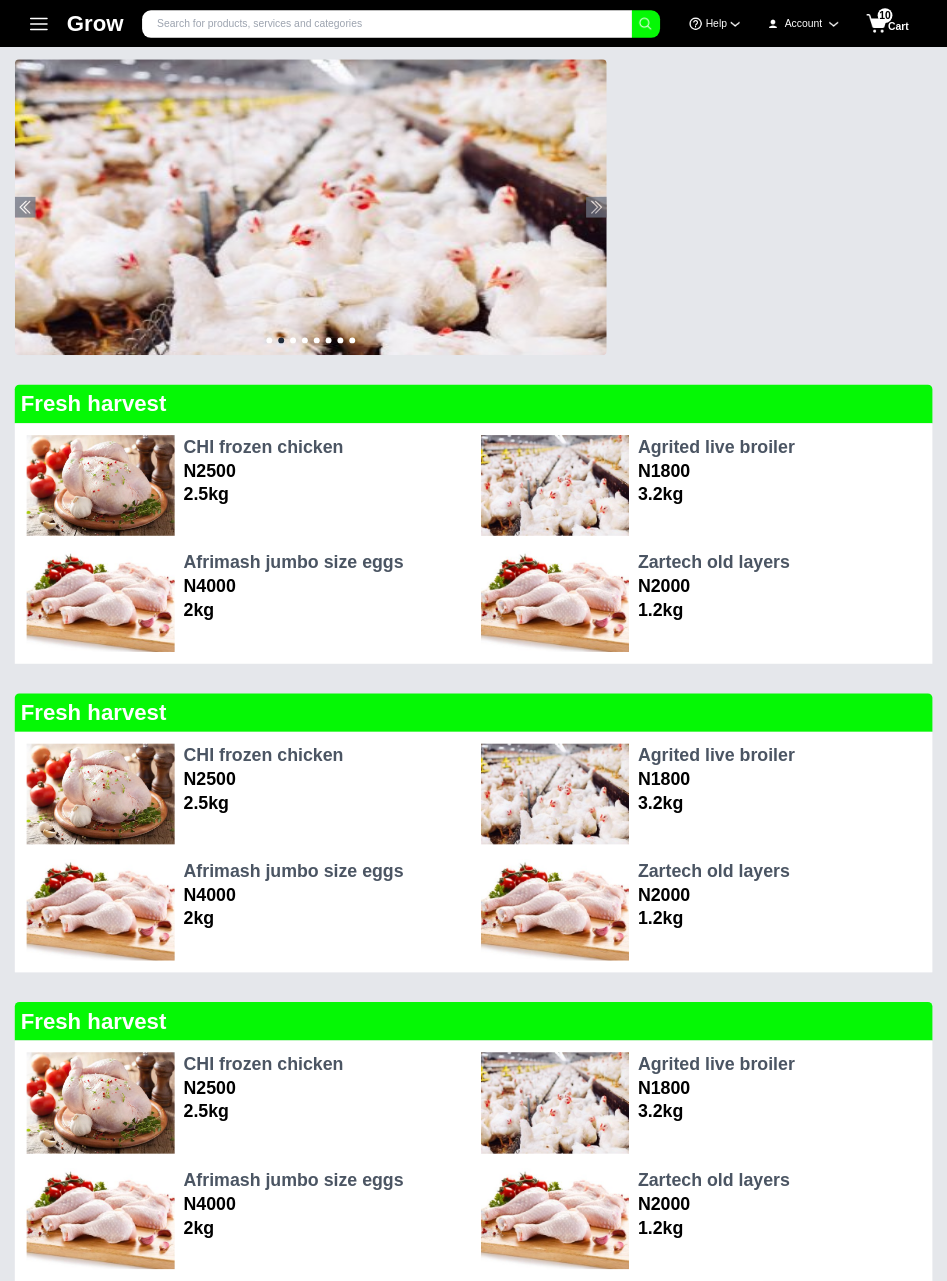
Repository: IssaMuiz/ifarmstock
Page: /
These files come from the project's save history. The page is drawn as it stood at one moment and after the next save; the edit follows.
The browser window is 1280 px wide. The pictures show the whole page, at 74% of full size.
The project was rebuilt for these pictures with package versions that can differ from the ones it lists, and the page was loaded fresh each time. The framework's server and built-in components were replaced by stand-ins that run in the browser. Also part of the build but not shown: next.config.mjs.

Above is the page before, as saved 2024-08-31 03:28:20.

After the next save:
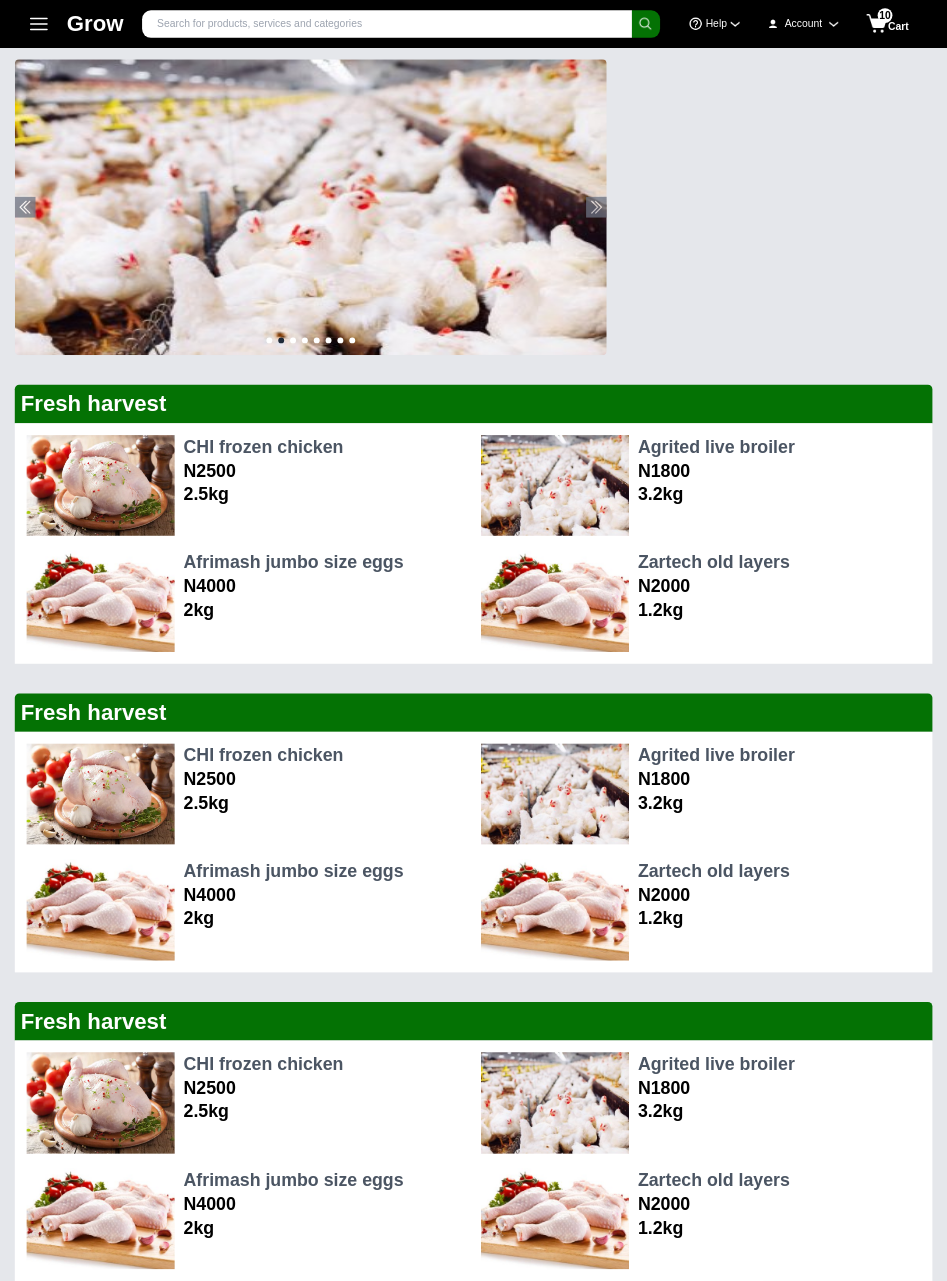
Saved 18 s later.
--- a/styles/globals.css
+++ b/styles/globals.css
@@ -8,7 +8,7 @@
 }
 
 .bgColor {
-  background-color: rgb(5, 248, 5);
+  background-color: rgb(4, 114, 4);
 }
 
 .text {
